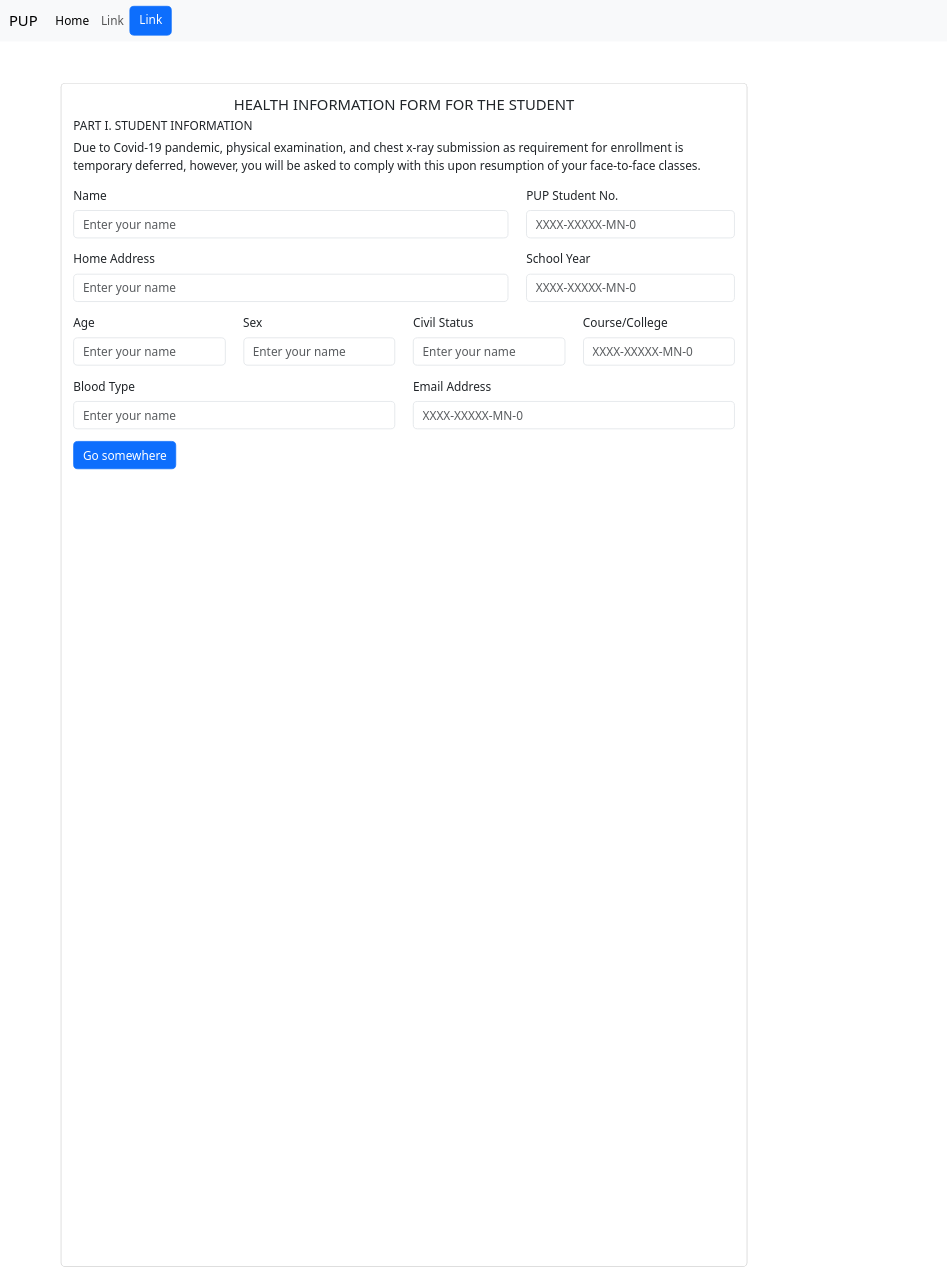
Repository: Nicktacku/webdev
Page: form.html
These files come from the project's save history. The page is drawn as it stood at one moment and after the next save; the edit follows.
The browser window is 1280 px wide. The pictures show the whole page, at 74% of full size.

Above is the page before, as saved 2024-07-15 17:57:29.

### form.html
<!DOCTYPE html>
<html lang="en">
  <head>
    <meta charset="UTF-8" />
    <meta name="viewport" content="width=device-width, initial-scale=1.0" />
    <title>Document</title>
    <link
      href="https://cdn.jsdelivr.net/npm/bootstrap@5.3.3/dist/css/bootstrap.min.css"
      rel="stylesheet"
      integrity="sha384-QWTKZyjpPEjISv5WaRU9OFeRpok6YctnYmDr5pNlyT2bRjXh0JMhjY6hW+ALEwIH"
      crossorigin="anonymous"
    />
  </head>
  <body>
    <!-- Navbar -->
    <nav class="navbar navbar-expand-lg bg-body-tertiary">
        <div class="container-fluid">
          <a class="navbar-brand" href="#">PUP</a>
          <button
            class="navbar-toggler"
            type="button"
            data-bs-toggle="collapse"
            data-bs-target="#navbarSupportedContent"
            aria-controls="navbarSupportedContent"
            aria-expanded="false"
            aria-label="Toggle navigation"
          >
            <span class="navbar-toggler-icon"></span>
          </button>
          <div class="collapse navbar-collapse" id="navbarSupportedContent">
            <ul class="navbar-nav me-auto mb-2 mb-lg-0">
              <li class="nav-item">
                <a class="nav-link active" aria-current="page" href="#">Home</a>
              </li>
              <li class="nav-item">
                <a class="nav-link" href="#">Link</a>
              </li>

              <a class="btn btn-primary" href="form.html" role="button">Link</a>
          </div>
        </div>
      </nav>

    <div
      class="container mt-2 pt-5"
    >

    <!-- Section 1 -->
    <div class="card" style="width: 58rem; height: 100rem">

        <div class="card-body">
          <h5 class="card-title d-flex justify-content-center">HEALTH INFORMATION FORM FOR THE STUDENT</h5>
          <h6 class="card-text">PART I. STUDENT INFORMATION</h6>
          <p class="card-text">Due to Covid-19 pandemic, physical examination, and chest x-ray submission as requirement for enrollment is
            temporary deferred, however, you will be asked to comply with this upon resumption of your face-to-face classes.</p>

            <div class="row">
                <div class="col-8">
                    <div class="mb-3">
                        <label for="name" class="form-label">Name</label>
                        <input type="text" class="form-control" id="name-input" placeholder="Enter your name">
                      </div>
                </div>
                <div class="col">
                    <div class="mb-3">
                        <label for="name" class="form-label">PUP Student No.</label>
                        <input type="text" class="form-control" id="name-input" placeholder="XXXX-XXXXX-MN-0">
                      </div>
                </div>
            </div>

            <div class="row">
                <div class="col-8">
                    <div class="mb-3">
                        <label for="name" class="form-label">Home Address</label>
                        <input type="text" class="form-control" id="name-input" placeholder="Enter your name">
                      </div>
                </div>
                <div class="col">
                    <div class="mb-3">
                        <label for="name" class="form-label">School Year</label>
                        <input type="text" class="form-control" id="name-input" placeholder="XXXX-XXXXX-MN-0">
                      </div>
                </div>
            </div>

            <div class="row">
                <div class="col-3">
                    <div class="mb-3">
                        <label for="name" class="form-label">Age</label>
                        <input type="text" class="form-control" id="name-input" placeholder="Enter your name">
                      </div>
                </div>
                <div class="col-3">
                    <div class="mb-3">
                        <label for="name" class="form-label">Sex</label>
                        <input type="text" class="form-control" id="name-input" placeholder="Enter your name">
                      </div>
                </div>
                <div class="col-3">
                    <div class="mb-3">
                        <label for="name" class="form-label">Civil Status</label>
                        <input type="text" class="form-control" id="name-input" placeholder="Enter your name">
                      </div>
                </div>
                <div class="col">
                    <div class="mb-3">
                        <label for="name" class="form-label">Course/College</label>
                        <input type="text" class="form-control" id="name-input" placeholder="XXXX-XXXXX-MN-0">
                      </div>
                </div>
            </div>

            <div class="row">
                <div class="col-6">
                    <div class="mb-3">
                        <label for="name" class="form-label">Blood Type</label>
                        <input type="text" class="form-control" id="name-input" placeholder="Enter your name">
                      </div>
                </div>
                <div class="col">
                    <div class="mb-3">
                        <label for="name" class="form-label">Email Address</label>
                        <input type="text" class="form-control" id="name-input" placeholder="XXXX-XXXXX-MN-0">
                      </div>
                </div>
            </div>
          <a href="#" class="btn btn-primary">Go somewhere</a>
        </div>
      </div>


    <script
      src="https://cdn.jsdelivr.net/npm/bootstrap@5.3.3/dist/js/bootstrap.bundle.min.js"
      integrity="sha384-YvpcrYf0tY3lHB60NNkmXc5s9fDVZLESaAA55NDzOxhy9GkcIdslK1eN7N6jIeHz"
      crossorigin="anonymous"
    ></script>
  </body>
</html>

After the next save:
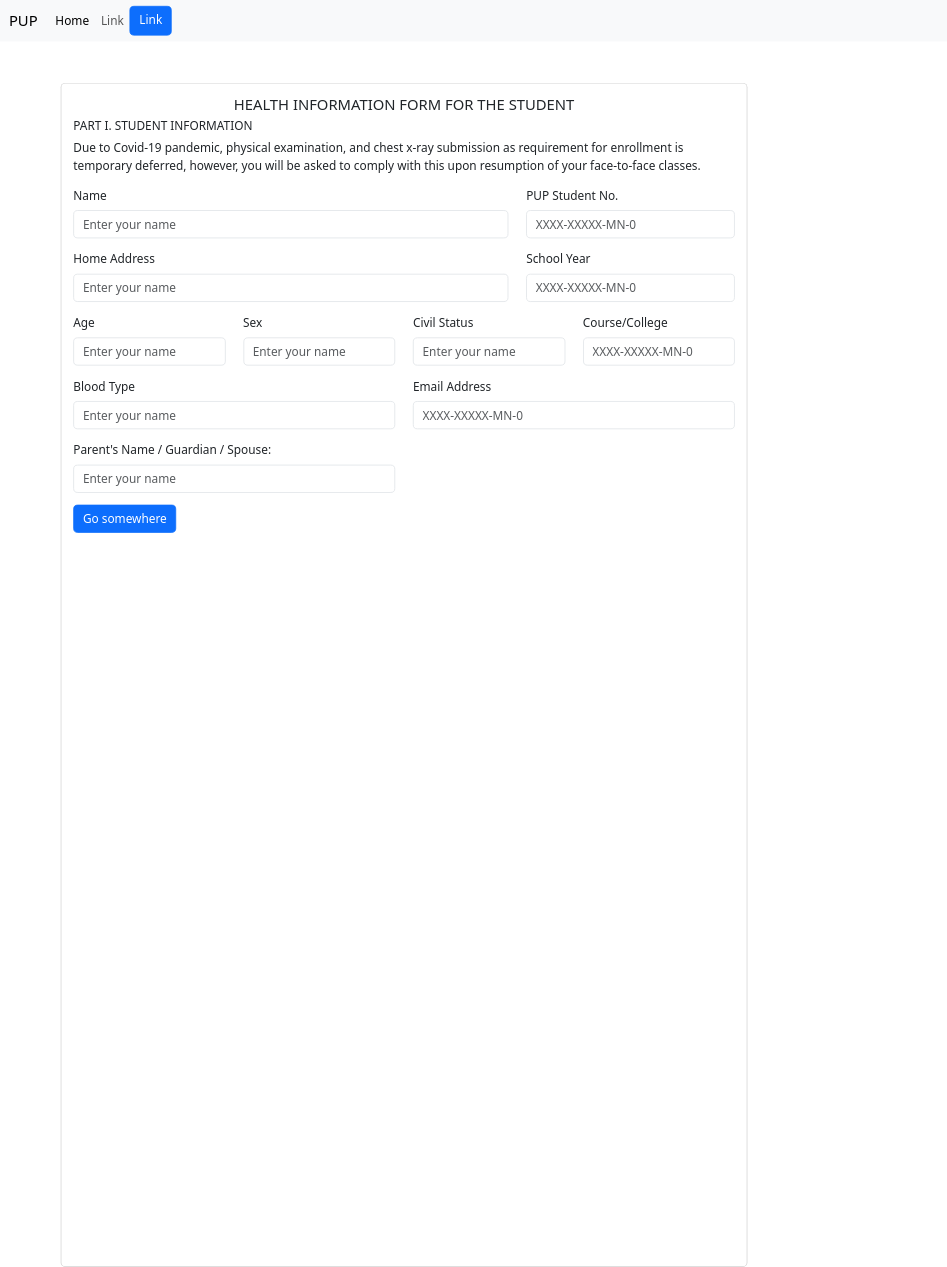
Saved 52 s later.
--- a/form.html
+++ b/form.html
@@ -125,6 +125,17 @@
                       </div>
                 </div>
             </div>
+
+            <div class="row">
+                <div class="col-6">
+                    <div class="mb-3">
+                        <label for="name" class="form-label">Parent's Name / Guardian / Spouse:</label>
+                        <input type="text" class="form-control" id="name-input" placeholder="Enter your name">
+                      </div>
+                </div>
+            </div>
+
+
           <a href="#" class="btn btn-primary">Go somewhere</a>
         </div>
       </div>
